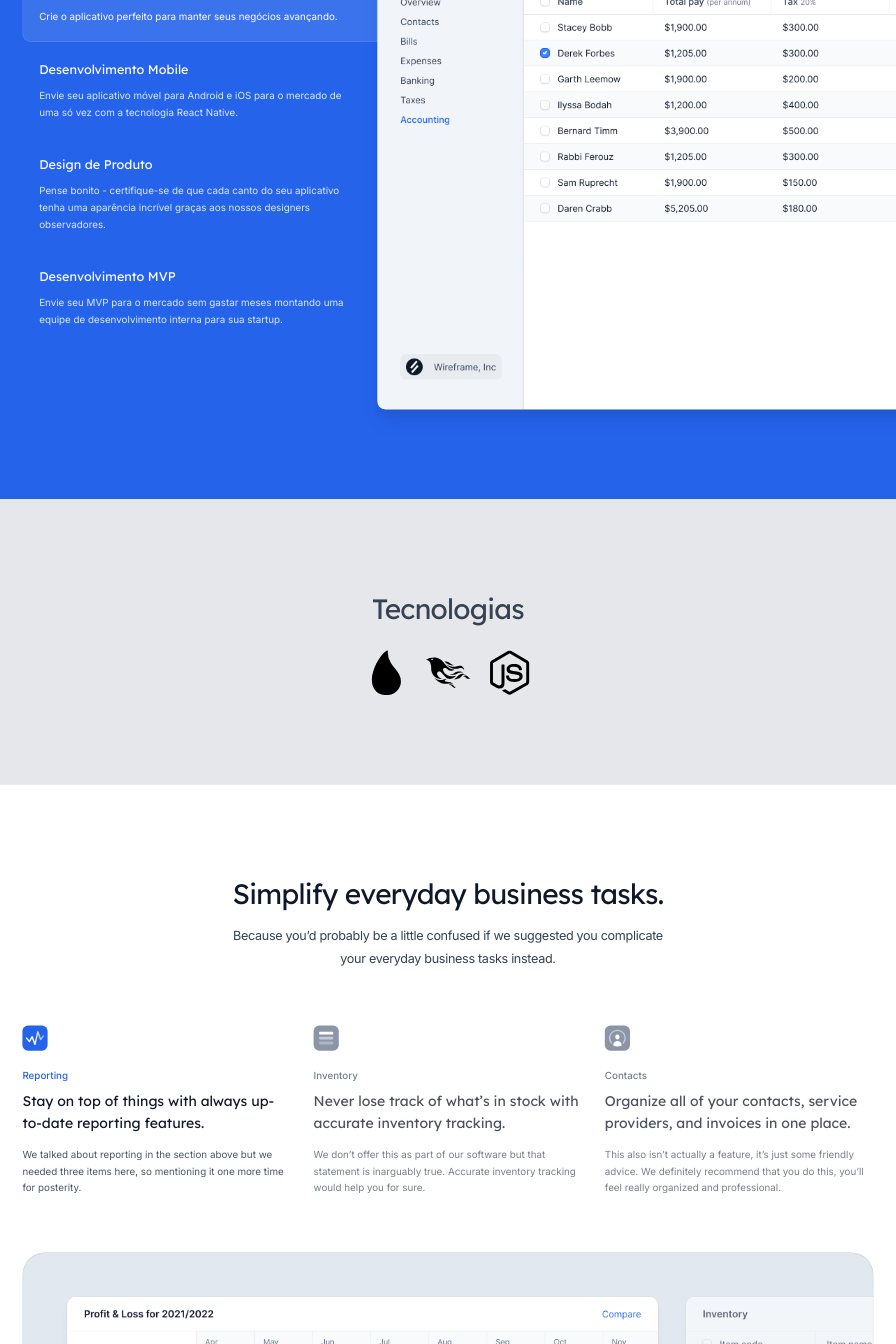
Repository: LuisSempre/imaginative
Page: /
An editor plug-in stored every save of this project. The page is shown before and after a run of saves, followed by the edit.
The browser window is 1280 px wide. The pictures show the part of the page from y = 2350 to 4270 px (the page is 10326 px tall), at 70% of full size.
The project was rebuilt for these pictures with package versions that can differ from the ones it lists, and the page was loaded fresh each time. The framework's server and built-in components were replaced by stand-ins that run in the browser. Also part of the build but not shown: next.config.js.

Above is the page before, as saved 2022-07-15 11:22:24.

After the next 2 saves:
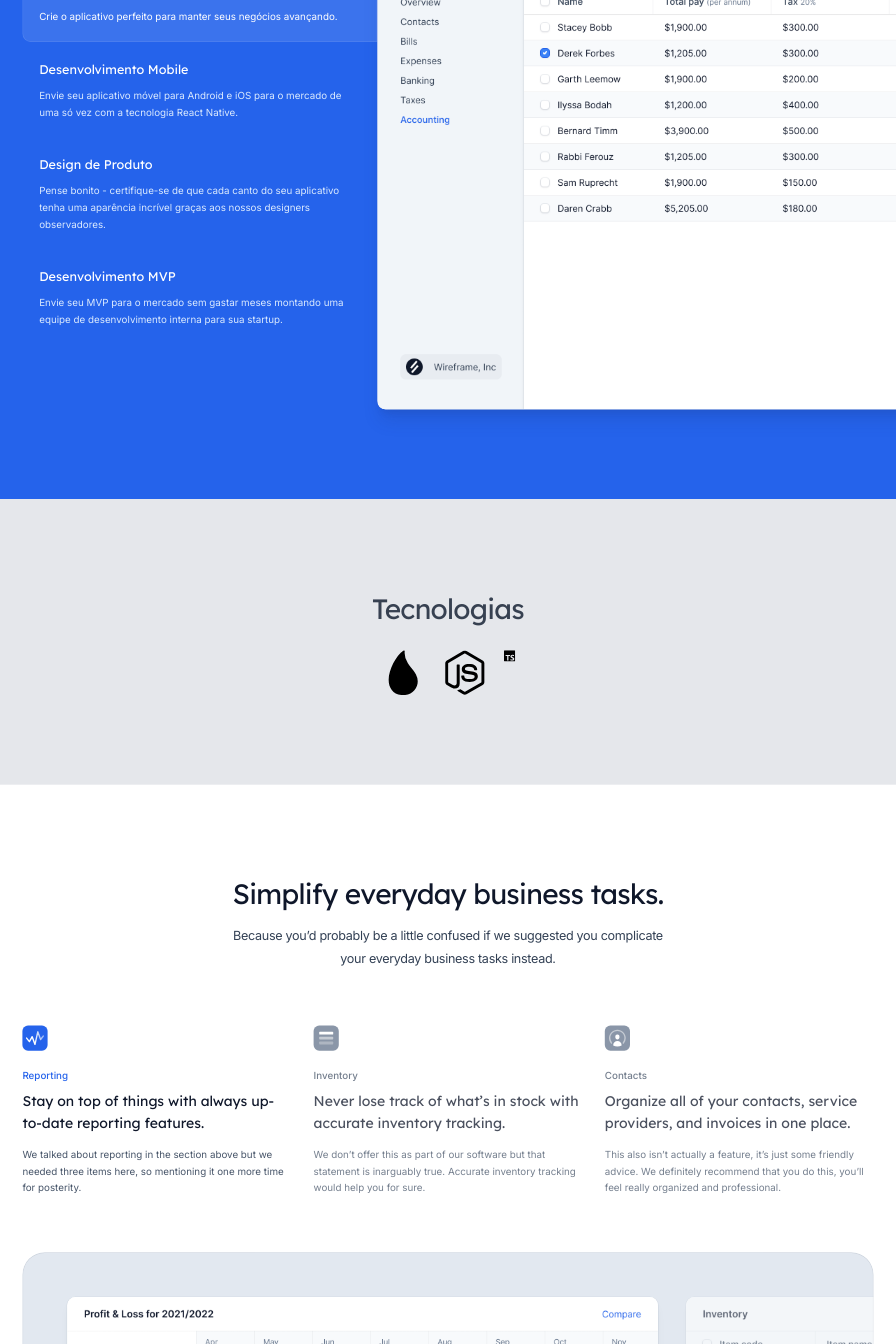
The 2 saves are shown as one change because 1 did not build or start.
The last was saved 25 s later.
--- a/src/components/Tecnology.jsx
+++ b/src/components/Tecnology.jsx
@@ -15,8 +15,8 @@
           </h2>
           <div className="flex justify-center mt-8 space-x-6">
           <SiElixir className='w-16 h-16' />
-          <FaPhoenixFramework className='w-16 h-16' />
           <FaNodeJs className='w-16 h-16' />
+          <SiTypescript />
           </div>
         </div>
       </Container>
